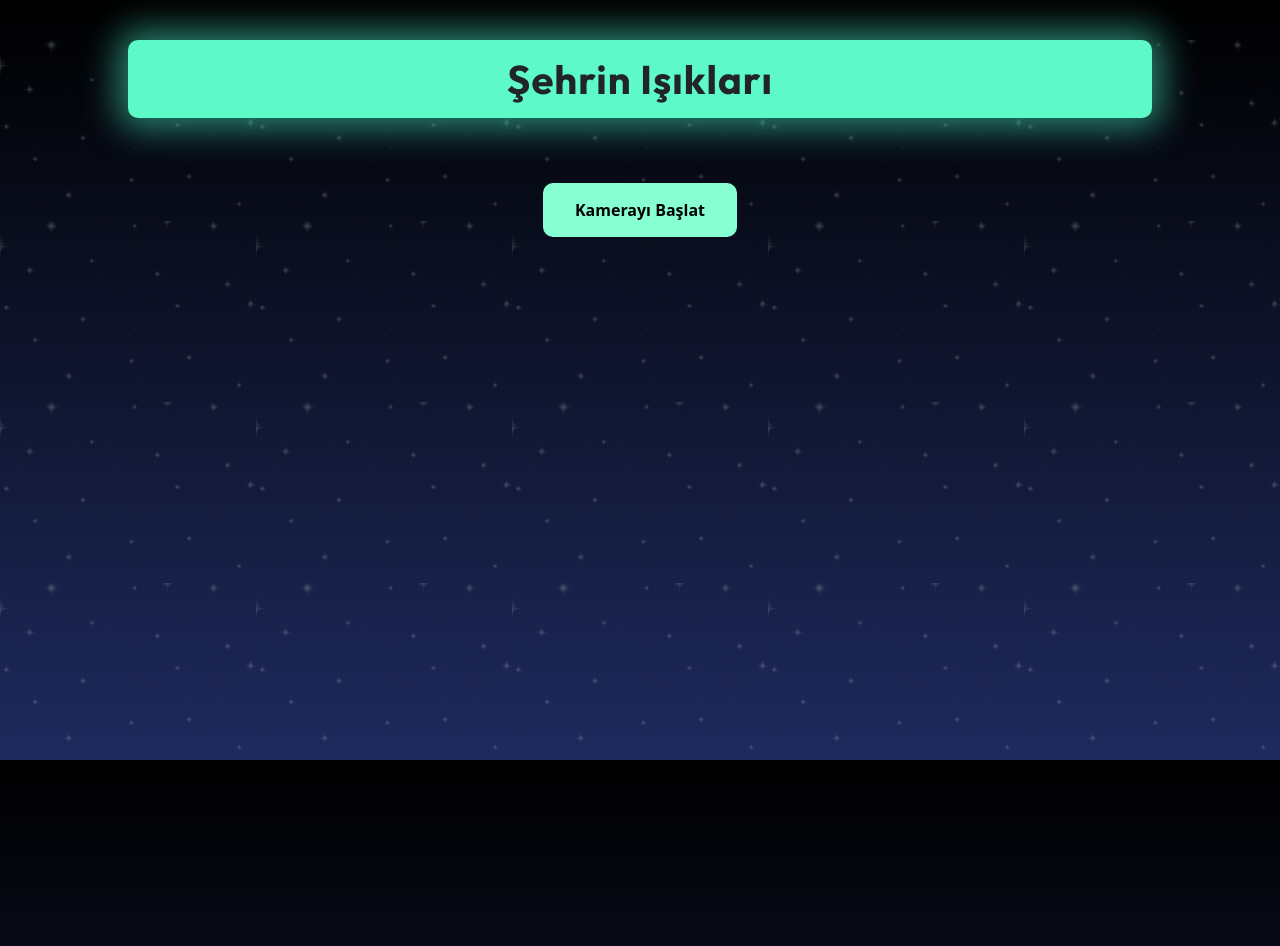
Repository: BiranOrundas/CameraQR
Page: index.html
An editor plug-in stored every save of this project. The page is shown before and after the next save, followed by the edit.
The browser window is 1280 px wide. The pictures show the whole page.

Above is the page before, as saved 2024-08-29 15:45:52.

### index.html
<!DOCTYPE html>
<html lang="tr">
<head>
    <meta charset="UTF-8">
    <title>Şehrin Işıkları</title>
<link rel="stylesheet" href="style.css">
<link href="https://cdn.jsdelivr.net/npm/bootstrap@5.3.3/dist/css/bootstrap.min.css" rel="stylesheet" integrity="sha384-QWTKZyjpPEjISv5WaRU9OFeRpok6YctnYmDr5pNlyT2bRjXh0JMhjY6hW+ALEwIH" crossorigin="anonymous">
</head>
<body class="mx-auto">
    <div id="stars">

    </div>
    <div class="header">
        <h1 class="outfit">Şehrin Işıkları</h1>
    </div>
    <div style="align-items: center; justify-content: center; text-align: center;">
    <button class="button" id="start-camera">Kamerayı Başlat</button>
</div>
    <video id="camera" autoplay playsinline></video>
    <div style="align-items: center; justify-content: center; text-align: center;">
    <button class="button" id="take-photo" >Fotoğraf Çek</button>
    </div>
    <canvas id="canvas" ></canvas>
    <div class="row mx-auto align-items-center">
          <div class="col-12 col-md-8">
    <img id="photo"  alt="Çekilen Fotoğraf">
        </div>
    <div class="col-12 col-md-4 mx-auto justify-content-center ">
        <h1 id="qrinfo">Fotografınızı QR kodu okutarak indirebilirsiniz.</h1>
    <div class="text-center mx-auto" id="qrcode"></div>
    </div>
    </div>
    <div id="qrdiv" class="mt-5 py-5" style="align-items: center; justify-content: center; text-align: center;">
    <button id="download-qr" class="button" style="display: none;">QR Kodunu İndir</button>
    <button id="try-again" class="button" style="display: none;">Yeniden Çek</button>
    </div>



    <script src="qrious.js"></script>
    <script src="script.js"></script>
</body>
</html>

### style.css
@import url('https://fonts.googleapis.com/css2?family=Outfit:wght@100..900&display=swap');



.outfit {
  font-family: "Outfit", sans-serif;
  font-optical-sizing: auto;
  font-weight: 700;
  font-style: normal;
}

#stars{
  position: absolute;
  background-image: url(stars.png);
  height: 100vh;
  width: 100vw;
  margin-left: -10%;
  object-fit: cover;
  z-index: -1;
  opacity: 0.2;
  background-repeat: repeat;
  background-size: 20%;
}

body{
    margin-left:auto ;
    margin-right:auto ;
    align-items: center;
    justify-content: center;
    max-width: 80vw !important;
    height: 100vh !important;
    /* background-image: repeating-linear-gradient(to bottom, #1E2A5E 10%, #38444d 5% ) !important; */
    background-image: linear-gradient(to bottom, rgba(0,0,0,1), rgba(30,42,94,1));
}

#camera {
    display: grid;
    visibility: hidden;
    justify-content: center;
    margin: auto;
    width: 100%;
    max-width: 1400px;
    height: 75vh;
    object-fit: cover;
    border-radius: 10px;
    box-shadow: #ffffffda 0px 0px 65px 10px;
    border: #fff 1px solid;
    border-style: dotted;
}

#photo {
    border:rgb(93, 250, 200) 1px solid;
    display: none;
    width: 50vw;
    height: 60vh;
    margin-top: 10px;
    justify-content: center;
    border-radius: 15px;
    object-fit: cover;
    box-shadow: rgba(242, 242, 242, 0.53) 0px 0px 35px 10px;
}

#qrcode {
   width: 20vw;
   height: auto;
}

#take-photo{
display: none;
}
#canvas{
display: none ;
}

.button {
    background-color: #87ffd3; /* Green */
    border: none;
    color: #000000;
    padding: 15px 32px;
    text-align: center;
    text-decoration: none;
    font-weight: 700;
    display: inline-block;
    font-size: 16px;
    border-radius: 10px;
    transition: 0.5s;
    justify-content: center;
    align-items: center;
    margin: 25px;


  }

  .button:hover{
    background-color: #005e3c; /* Green */
    cursor: pointer;
    color: #fff;
    box-shadow: #ffffff 0px 0px 15px 5px;
    transition: 0.5s;
    border: #fff 1px solid;
  }

  h1{
    justify-content: center;
    text-align: center;
    font-size: 2.5rem;
    color: rgb(255, 255, 255);
    letter-spacing: 1px;
    padding: 15px 10px;
  }

  .header{
    background-color: rgb(93, 250, 200);
    border-radius: 10px;
    width: 80vw;
    justify-content: center;
    align-items: center;
    text-align: center;
    flex-wrap: initial;
    margin-left: auto;
    margin-right: auto;
    margin-top: 40px;
    margin-bottom: 40px;
    box-shadow: rgba(74, 246, 203, 0.53) 0px 0px 35px 10px;


  }

  #qrinfo{
    color: #fff;
    text-shadow: #fff 0px 0px 15px;
    font-size: 2.5rem;
    margin-bottom: 40px;
    display: none;
  }

  @media only screen and (max-width: 680px){

    #camera {
        display: grid;
        visibility: hidden;
        justify-content: center;
        margin: auto;
        height: 60vh;
        object-fit: cover;
        border-radius: 10px;
        box-shadow: #55555588 2px 10px 35px 1px;
    }

    #photo {
        border:rgb(93, 250, 200) 1px solid;
        display: none;
        width: 75vw;
        height: 50vh;
        margin-top: 10px;
        justify-content: center;
        border-radius: 15px;
        object-fit: cover;
        box-shadow: rgba(242, 242, 242, 0.53) 0px 0px 35px 10px;
    }

    #qrcode {
        width: 50vw;
        height: auto;
     }

     #qrinfo{
        color: #fff;
        text-shadow: #fff 0px 0px 15px;
        font-size: 1.8rem;
        margin-bottom: 40px;
        margin-top: 40px;
        display: none;
      }

  }

### script.js
document.getElementById('start-camera').addEventListener('click', async function () {

    const cam = document.getElementById('start-camera');
    const video = document.getElementById('camera');
    const takePhotoButton = document.getElementById('take-photo');
    const stream = await navigator.mediaDevices.getUserMedia({ video: true });
    video.srcObject = stream;
    video.style.display = 'block';
    video.style.visibility = 'visible';
    cam.style.display = 'none';
    takePhotoButton.style.display = 'inline';
});
document.getElementById('start-camera').addEventListener('touchstart', async function () {
    const video = document.getElementById('camera');
    const takePhotoButton = document.getElementById('take-photo');
    const stream = await navigator.mediaDevices.getUserMedia({ video: true });
    video.srcObject = stream;
    video.style.display = 'block';
    video.style.visibility = 'visible';
    takePhotoButton.style.display = 'inline';
});



document.getElementById('take-photo').addEventListener('click', function () {
    const takePhoto = document.getElementById('take-photo');
    const again = document.getElementById('try-again');
    const canvas = document.getElementById('canvas');
    const video = document.getElementById('camera');
    const photo = document.getElementById('photo');
    const qrCodeDiv = document.getElementById('qrcode');
    const downloadButton = document.getElementById('download-qr');
    const qrinfo = document.getElementById('qrinfo');

    canvas.width = video.videoWidth;
    canvas.height = video.videoHeight;
    canvas.getContext('2d').drawImage(video, 0, 0);

    // Fotoğrafı göster
    const photoData = canvas.toDataURL('image/png');
    photo.src = photoData;

    // Fotoğrafı sunucuya yükle
    fetch('upload.php', {
        method: 'POST',
        headers: {
            'Content-Type': 'application/x-www-form-urlencoded'
        },
        body: 'photo=' + encodeURIComponent(photoData)
    })
    .then(response => response.text()) // JSON yerine text olarak yanıtı alın
    .then(text => {
        console.log("Gelen yanıt:", text); // Konsola dönen yanıtı yazdır
        try {
            const data = JSON.parse(text); // Yanıtı JSON'a çevir
            if (data.url) {
                // Fotoğrafın URL'sini kullanarak QR kodu oluştur
                const qr = new QRious({
                    value: window.location.origin + '/' + data.url,
                    size: 250
                });
                qrCodeDiv.innerHTML = ''; // QR kod div'ini temizle
                qrCodeDiv.appendChild(qr.canvas); // QR kodunu ekle
                downloadButton.style.display = 'inline'; // İndir butonunu göster
                again.style.display = 'inline'; // İndir butonunu göster

                // QR kodunu indir
                downloadButton.onclick = function () {
                    const link = document.createElement('a');
                    link.href = qr.toDataURL('image/png');
                    link.download = 'qr-code.png';
                    link.click();
                };
            } else {
                alert("Fotoğraf yüklenemedi. Hata: " + data.error);
            }
        } catch (error) {
            console.error("JSON çözümleme hatası:", error); // JSON hatasını göster
        }
    })
    .catch(error => {
        console.error("Fetch hatası:", error);
    });
    takePhoto.style.display = "none"
    photo.style.display = "block";
    video.style.display = "none";
    qrinfo.style.display = "block"

    document.getElementById('try-again').addEventListener('click', async function () {
        const video = document.getElementById('camera');
        const takePhotoButton = document.getElementById('take-photo');
        const stream = await navigator.mediaDevices.getUserMedia({ video: true });
        video.srcObject = stream;
        video.style.display = 'block';
        video.style.visibility = 'visible';
        takePhotoButton.style.display = 'inline';

        if(photo.style.display == "block"){
            photo.style.display = "none"
            downloadButton.style.display = 'none'; // İndir butonunu göster
            again.style.display = 'none'; // İndir butonunu göster
            qrinfo.style.display = "none"
            qrCodeDiv.innerHTML = '';

        } else{
            console.log("fotograf belleği temizlendi.")
        }

    });
});

Loaded but not shown: qrious.js (606 lines, source omitted)

After the next save:
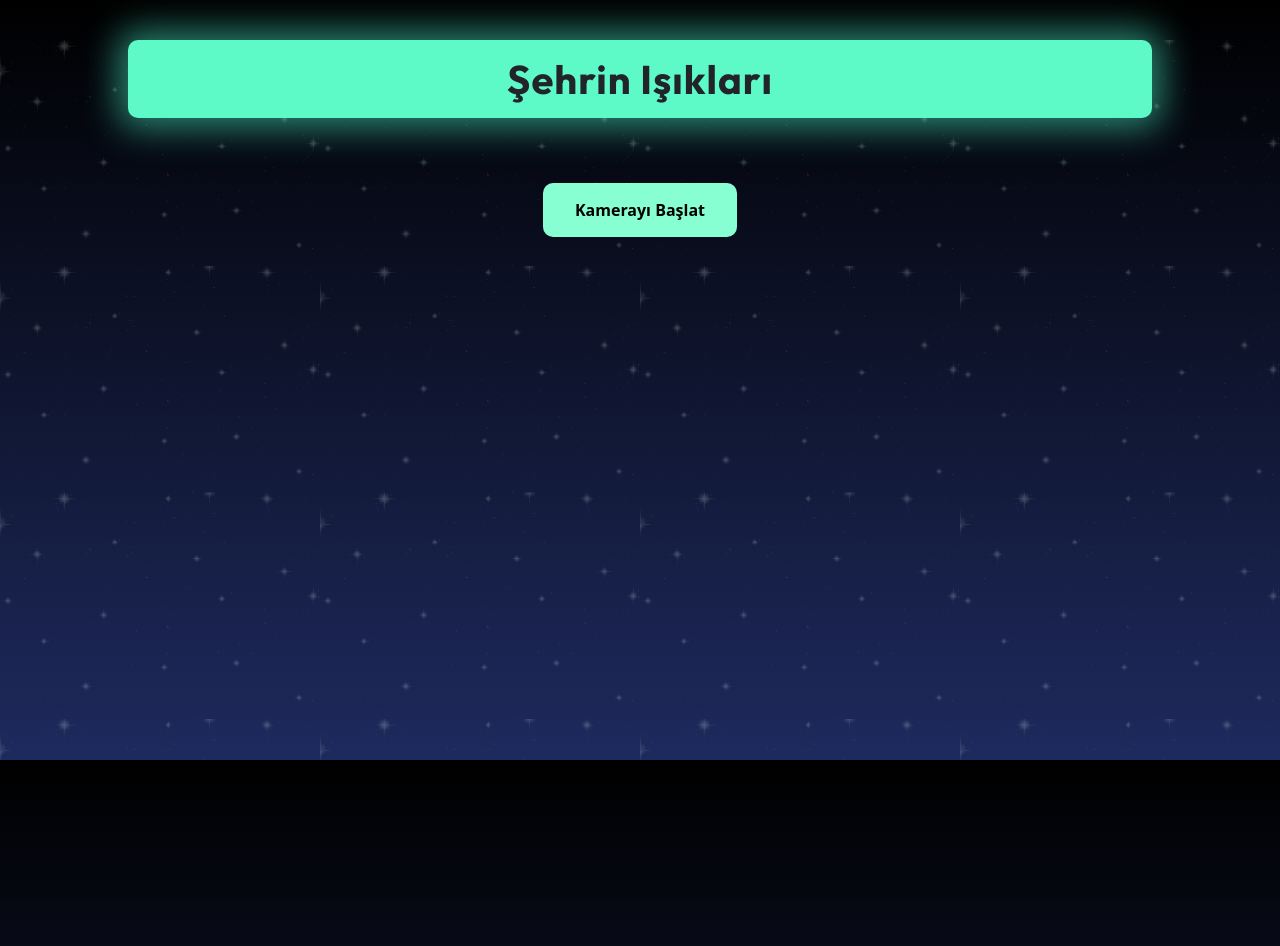
Saved 6 s later.
--- a/style.css
+++ b/style.css
@@ -19,7 +19,7 @@
   z-index: -1;
   opacity: 0.2;
   background-repeat: repeat;
-  background-size: 20%;
+  background-size: 25%;
 }
 
 body{
